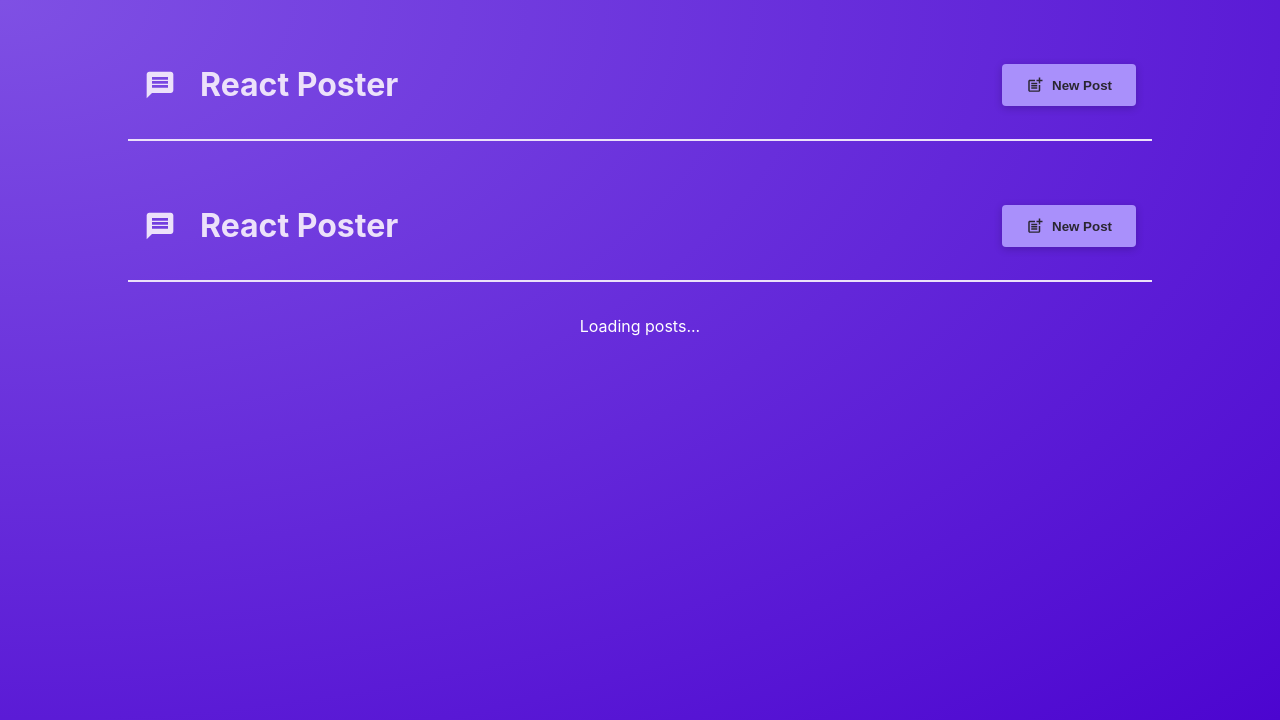
Repository: NelsonBaez/react-refresher
Page: /
An editor plug-in stored every save of this project. The page is shown before and after the next save, followed by the edit.
The browser window is 1280 px wide. The pictures show the whole page.
The page's requests for data from a server got no answer. The project was rebuilt for these pictures with package versions that can differ from the ones it lists, and the page was loaded fresh each time. No one was signed in, and anything a server would have sent is missing. Also part of the build but not shown: vite.config.js, src/components/Post.module.css, src/components/Post.jsx, src/components/PostList.module.css, src/components/NewPost.module.css, src/components/NewPost.jsx, src/components/Modal.module.css, src/components/Modal.jsx.

Above is the page before, as saved 2024-05-22 14:12:21.

### src/main.jsx
import React from 'react'
import ReactDOM from 'react-dom/client'
import App from './routes/App.jsx'
import './index.css'
import { RouterProvider, createBrowserRouter } from 'react-router-dom'
import NewPost from './components/NewPost.jsx'
import RootLayout from './routes/RootLayout.jsx'

const router = createBrowserRouter([
  { path: '/', element: <RootLayout />, children: [
    { path: '/', element: <App /> },
    { path: '/create-post', element: <NewPost /> },
  ]},

]);

ReactDOM.createRoot(document.getElementById('root')).render(
  <React.StrictMode>
    <RouterProvider router={router} />
  </React.StrictMode>,
)

### src/routes/App.jsx
import { useState } from 'react'
import MainHeader from '../components/MainHeader'
import PostList from '../components/PostList'

const posts = [{
  author: 'Franchesco',
  body: 'La maquina más veloz'
},{
  author: 'Virgulini',
  body: 'The Tota Italiaa'
}]

function App() {
  const [modalIsVisible, setModalIsVisible] = useState(false)

  const showModalHandler = () => setModalIsVisible(true);

  const hideModalHandler = () => setModalIsVisible(false);

  return (
    <>
      <MainHeader onCreatePost={showModalHandler}/>
      <main>
        <PostList
          isPosting={modalIsVisible}
          posts={posts}
          onStopPosting={hideModalHandler}
        />
      </main>
    </>
  )
}

export default App

### src/routes/RootLayout.jsx
import { Outlet } from "react-router-dom";
import MainHeader from "../components/MainHeader";

function RootLayout() {
  return (
    <>
      <MainHeader />
      <Outlet/>
    </>
  )
}

export default RootLayout;

### src/components/MainHeader.jsx
import PropTypes from 'prop-types';
import { MdPostAdd, MdMessage } from 'react-icons/md';

import classes from './MainHeader.module.css';

function MainHeader({ onCreatePost }) {
  return (
    <header className={classes.header}>
      <h1 className={classes.logo}>
        <MdMessage />
        React Poster
      </h1>
      <p>
        <button className={classes.button} onClick={onCreatePost}>
          <MdPostAdd size={18} />
          New Post
        </button>
      </p>
    </header>
  );
}


MainHeader.propTypes = {
  onCreatePost: PropTypes.func.isRequired,
}

export default MainHeader;

### src/components/PostList.jsx
import Post from "./Post";
import PropTypes from 'prop-types';
import classes from './PostList.module.css';
import NewPost from "./NewPost";
import Modal from "./Modal";
import { useEffect, useState } from "react";

function PostList({isPosting, onStopPosting }) {
  const [posts, setPosts] = useState([]);
  const [isFetching, setIsFetching] = useState(false);

  useEffect(() => {
    async function fetchPosts() {
      setIsFetching(true);
      const response = await fetch('http://localhost:8080/posts');
      const resData = await response.json();
      setPosts(resData.posts);
      setIsFetching(false);
    }

    fetchPosts();
  }, []);

  const addPostHandler = postData => {
    fetch('http://localhost:8080/posts', {
      method: 'POST',
      body: JSON.stringify(postData),
      headers: {'Content-Type': 'application/json'}
    });
    setPosts(exitingPosts => [postData, ...exitingPosts])
  };

  return (
    <>
      {isPosting &&
        <Modal onClose={onStopPosting}>
          <NewPost
            onCancel={onStopPosting}
            onAddPost={addPostHandler}
          />
        </Modal>
      }
      {!isFetching && posts.length > 0 && (
        <ul className={classes.posts}>
          {posts.map(post =>
            <Post key={post.id} author={post.author} body={post.body} />
          )}
        </ul>
      )}
      {!isFetching && posts.length === 0 && (
        <div style={{textAlign: 'center', color: 'white'}}>
          <h2>No posts</h2>
          <p>Add some!</p>
        </div>
      )}
      {isFetching && <div style={{textAlign:'center', color:'white'}}><p>Loading posts...</p></div>
      }
    </>
  )

}

PostList.propTypes = {
  isPosting: PropTypes.bool.isRequired,
  onStopPosting: PropTypes.func.isRequired,
}


export default PostList;

### src/routes/Posts.jsx
import PostList from '../components/PostList'

const posts = [{
  author: 'Franchesco',
  body: 'La maquina más veloz'
},{
  author: 'Virgulini',
  body: 'The Tota Italiaa'
}]

function Posts() {


  return (
    <>
      <main>
        <PostList
        />
      </main>
    </>
  )
}

export default Posts

Loaded but not shown: index.html (common file); src/index.css (common file); src/components/MainHeader.module.css (common file)

After the next save:
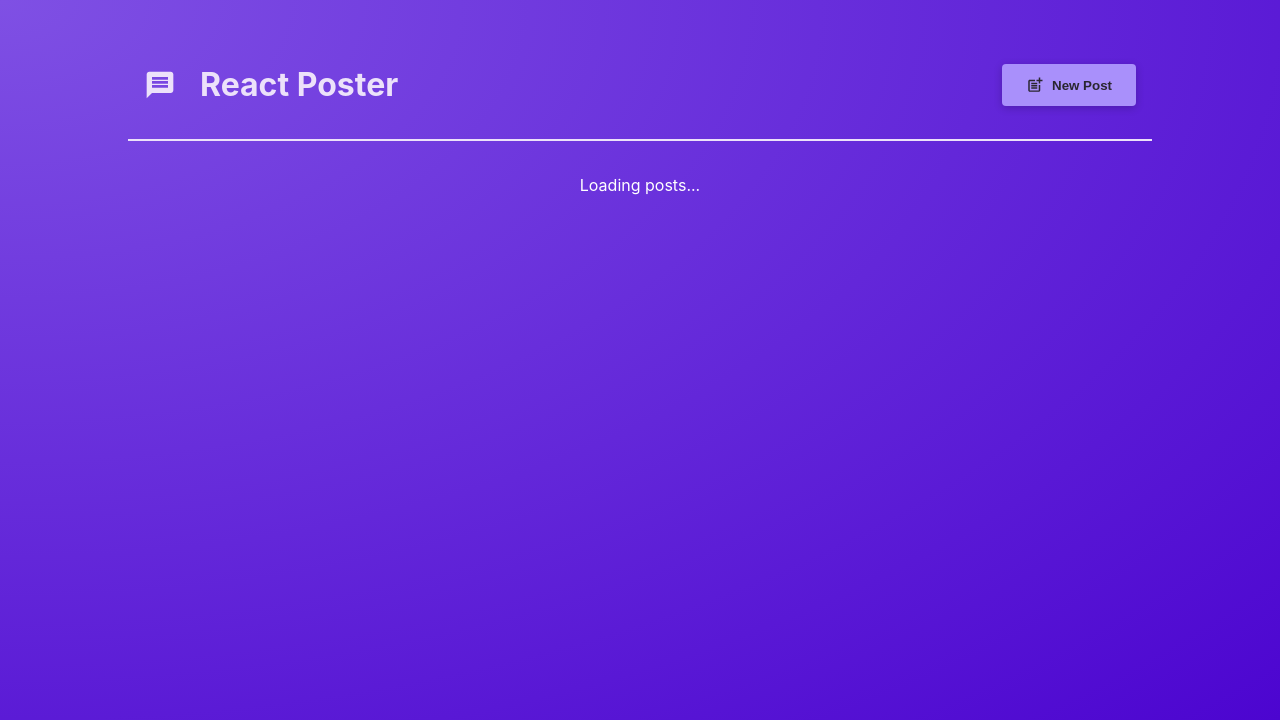
Saved 13 s later.
--- a/src/main.jsx
+++ b/src/main.jsx
@@ -1,6 +1,6 @@
 import React from 'react'
 import ReactDOM from 'react-dom/client'
-import App from './routes/App.jsx'
+import Posts from './routes/Posts.jsx'
 import './index.css'
 import { RouterProvider, createBrowserRouter } from 'react-router-dom'
 import NewPost from './components/NewPost.jsx'
@@ -8,7 +8,7 @@ import RootLayout from './routes/RootLayout.jsx'
 
 const router = createBrowserRouter([
   { path: '/', element: <RootLayout />, children: [
-    { path: '/', element: <App /> },
+    { path: '/', element: <Posts /> },
     { path: '/create-post', element: <NewPost /> },
   ]},
 
